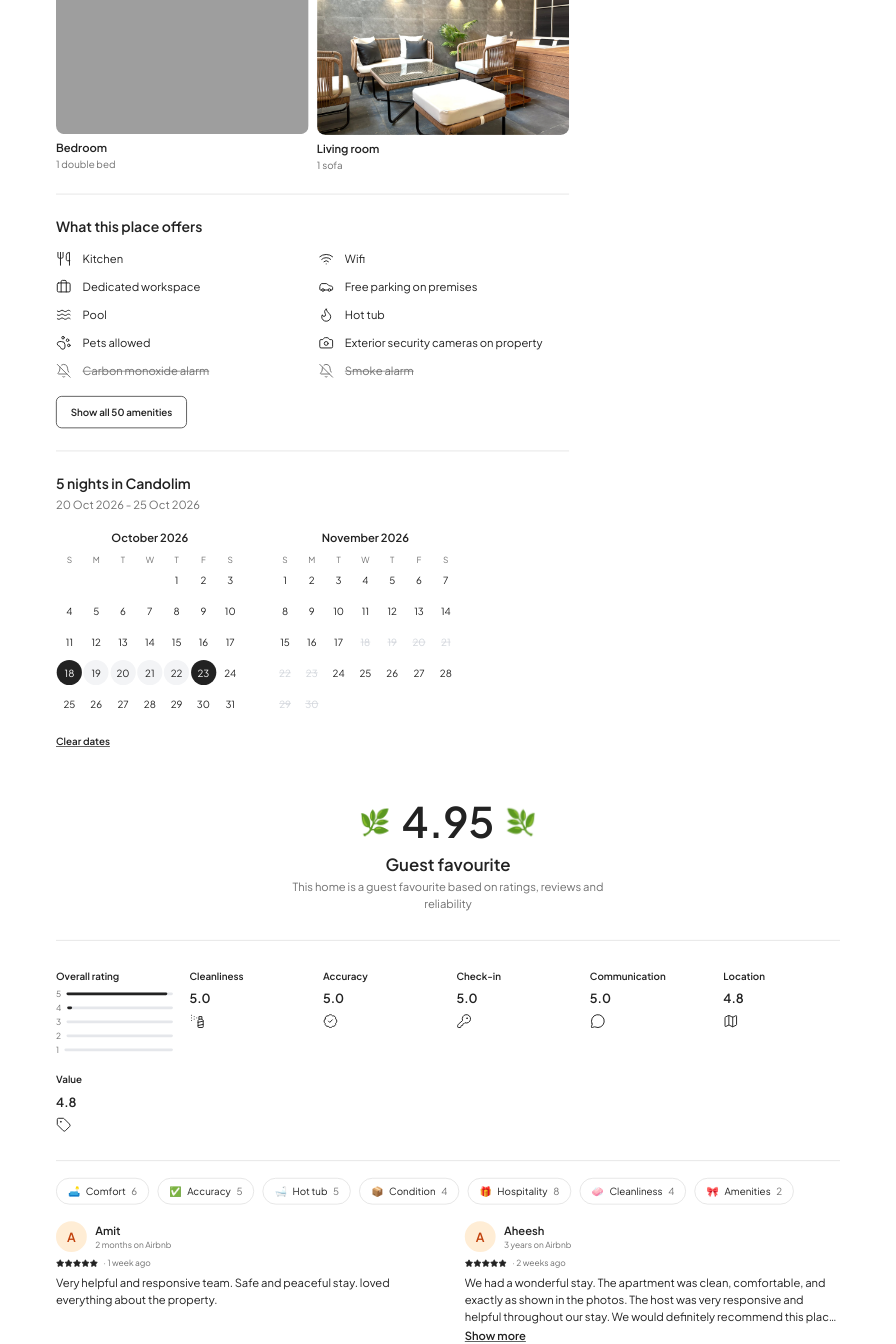
Repository: RushilGosain/airbnb-clone
Page: /
An editor plug-in stored every save of this project. The page is shown before and after the next save, followed by the edit.
The browser window is 1280 px wide. The pictures show the part of the page from y = 1594 to 3514 px (the page is 6267 px tall), at 70% of full size.
Pictures or frames that could not be fetched are drawn as grey boxes. The project was rebuilt for these pictures with package versions that can differ from the ones it lists, and the page was loaded fresh each time. Also part of the build but not shown: vite.config.js, src/components/Lightbox.jsx, src/components/AmenitiesModal.jsx, src/components/PhotoTourPage.jsx.

Above is the page before, as saved 2026-09-19 13:47:43.

### index.html
<!doctype html>
<html lang="en">
  <head>
    <meta charset="UTF-8" />
    <link rel="icon" type="image/svg+xml" href="/house.svg" />
    <meta name="viewport" content="width=device-width, initial-scale=1.0" />
    <meta name="description" content="Romantic Jacuzzi 1BHK Candolim | Mirashya UG10 — Airbnb listing clone" />
    <link rel="preconnect" href="https://fonts.googleapis.com" />
    <link rel="preconnect" href="https://fonts.gstatic.com" crossorigin />
    <link
      href="https://fonts.googleapis.com/css2?family=Plus+Jakarta+Sans:wght@400;500;600;700;800&display=swap"
      rel="stylesheet"
    />
    <title>Romantic Jacuzzi 1BHK Candolim | Mirashya UG10 · Airbnb Clone</title>
  </head>
  <body>
    <div id="root"></div>
    <script type="module" src="/src/main.jsx"></script>
  </body>
</html>

### src/index.css
@tailwind base;
@tailwind components;
@tailwind utilities;

* {
  box-sizing: border-box;
}

html,
body {
  margin: 0;
  padding: 0;
}

body {
  font-family: "Plus Jakarta Sans", -apple-system, BlinkMacSystemFont, "Segoe UI", Roboto,
    "Helvetica Neue", sans-serif;
  color: #222222;
  -webkit-font-smoothing: antialiased;
  -moz-osx-font-smoothing: grayscale;
}

#root {
  min-height: 100vh;
}

/* Custom focus ring, kept visible for accessibility */
a:focus-visible,
button:focus-visible,
[tabindex]:focus-visible {
  outline: 2px solid #222222;
  outline-offset: 2px;
  border-radius: 6px;
}

::-webkit-scrollbar {
  width: 10px;
  height: 10px;
}
::-webkit-scrollbar-track {
  background: transparent;
}
::-webkit-scrollbar-thumb {
  background: rgba(0, 0, 0, 0.25);
  border-radius: 999px;
}

.no-scrollbar::-webkit-scrollbar {
  display: none;
}
.no-scrollbar {
  -ms-overflow-style: none;
  scrollbar-width: none;
}

@media (prefers-reduced-motion: reduce) {
  *,
  *::before,
  *::after {
    animation-duration: 0.01ms !important;
    animation-iteration-count: 1 !important;
    transition-duration: 0.01ms !important;
    scroll-behavior: auto !important;
  }
}

### src/App.jsx
import { useEffect } from "react";
import { BrowserRouter, Routes, Route, useLocation } from "react-router-dom";
import { LightboxProvider } from "./context/LightboxContext";
import Lightbox from "./components/Lightbox";
import ListingPage from "./pages/ListingPage";
import PhotoTourPage from "./components/PhotoTourPage";

function ScrollToTopOnNavigate() {
  // react-router keeps scroll position by default; reset it on route change
  // so the photo tour page and the listing page each open at the top.
  const { pathname } = useLocation();
  useEffect(() => {
    window.scrollTo(0, 0);
  }, [pathname]);
  return null;
}

export default function App() {
  return (
    <LightboxProvider>
      <BrowserRouter>
        <ScrollToTopOnNavigate />
        <Routes>
          <Route path="/" element={<ListingPage />} />
          <Route path="/photos" element={<PhotoTourPage />} />
        </Routes>
        <Lightbox />
      </BrowserRouter>
    </LightboxProvider>
  );
}

### src/context/LightboxContext.jsx
import { createContext, useCallback, useContext, useMemo, useState } from "react";

const LightboxContext = createContext(null);

export function LightboxProvider({ children }) {
  const [photos, setPhotos] = useState([]);
  const [index, setIndex] = useState(0);
  const [isOpen, setIsOpen] = useState(false);

  const open = useCallback((photoList, startIndex = 0) => {
    setPhotos(photoList);
    setIndex(startIndex);
    setIsOpen(true);
  }, []);

  const close = useCallback(() => setIsOpen(false), []);

  const next = useCallback(() => {
    setIndex((i) => (photos.length ? (i + 1) % photos.length : 0));
  }, [photos.length]);

  const prev = useCallback(() => {
    setIndex((i) => (photos.length ? (i - 1 + photos.length) % photos.length : 0));
  }, [photos.length]);

  const value = useMemo(
    () => ({ photos, index, isOpen, open, close, next, prev }),
    [photos, index, isOpen, open, close, next, prev]
  );

  return <LightboxContext.Provider value={value}>{children}</LightboxContext.Provider>;
}

export function useLightbox() {
  const ctx = useContext(LightboxContext);
  if (!ctx) throw new Error("useLightbox must be used within LightboxProvider");
  return ctx;
}

### src/pages/ListingPage.jsx
import TopNav from "../components/TopNav";
import StickyBar from "../components/StickyBar";
import Gallery from "../components/Gallery";
import PropertyHeader from "../components/PropertyHeader";
import AmenitiesSection from "../components/AmenitiesSection";
import BookingCard, { DateRangePicker } from "../components/BookingCard";
import ReviewsSection from "../components/ReviewsSection";
import ThingsToKnow from "../components/ThingsToKnow";
import NearbyStays from "../components/NearbyStays";
import LocationSection from "../components/LocationSection";

export default function ListingPage() {
  function scrollToBooking() {
    document.getElementById("booking-card")?.scrollIntoView({ behavior: "smooth", block: "center" });
  }

  return (
    <div className="min-h-screen bg-white">
      <TopNav />
      <StickyBar onReserve={scrollToBooking} />

      <Gallery />

      <div id="amenities" className="mx-auto max-w-content px-6 pt-8 lg:px-20">
        <div className="grid grid-cols-1 gap-10 lg:grid-cols-3">
          <div className="lg:col-span-2">
            <PropertyHeader />
            <AmenitiesSection />
          </div>
          <BookingCard id="booking-card" />
        </div>
      </div>

      <DateRangePicker />
      <ReviewsSection />
      <ThingsToKnow />
      <NearbyStays />
      <LocationSection />


    </div>
  );
}

### src/components/TopNav.jsx
import { Menu, Search, CircleUser, Globe } from "lucide-react";

export default function TopNav() {
  return (
    <header className="border-b border-line bg-white">
      <div className="mx-auto flex max-w-content items-center justify-between gap-4 px-6 py-4 lg:px-20">
        <a href="/" className="flex items-center gap-2 text-brand" aria-label="Airbnb home">
          <svg viewBox="0 0 32 32" width="32" height="32" fill="currentColor" aria-hidden="true">
            <path d="M16 1c2 0 3.6 1 4.8 2.9 1 1.7 5.8 10 7.4 13.9.7 1.7 1 3 1 4.2 0 4.3-3.3 7.6-7.5 7.6-2.4 0-4.7-1.4-6.3-3.6l-.4-.6-.4.6c-1.6 2.2-3.9 3.6-6.3 3.6C4.3 29.6 1 26.3 1 22c0-1.2.3-2.5 1-4.2 1.6-3.9 6.4-12.2 7.4-13.9C10.4 2 12 1 14 1h2zm-2.6 22.4c1.2 1.6 2.7 2.5 4.2 2.5 2.5 0 4.5-2 4.5-4.6 0-.5-.1-1-.4-1.8-.5-1.3-2.1-4.3-3.7-7.1-1.6 2.8-3.2 5.8-3.7 7.1-.3.8-.4 1.3-.4 1.8 0 .8.2 1.5.5 2.1v-.1z" />
          </svg>
          <span className="hidden text-xl font-extrabold tracking-tight sm:block">Airbnb</span>
        </a>

        <button className="flex items-center gap-3 rounded-full border border-line py-2 pl-5 pr-2 text-sm font-medium shadow-sm transition hover:shadow-md">
          <span>Anywhere</span>
          <span className="hidden h-4 w-px bg-line sm:block" />
          <span className="hidden sm:block">Anytime</span>
          <span className="hidden h-4 w-px bg-line sm:block" />
          <span className="hidden text-subtle sm:block">Add guests</span>
          <span className="flex h-8 w-8 items-center justify-center rounded-full bg-brand text-white">
            <Search size={15} />
          </span>
        </button>

        <div className="flex items-center gap-3">
          <a href="#" className="hidden rounded-full px-4 py-2.5 text-sm font-semibold hover:bg-black/5 md:block">
            Become a host
          </a>
          <button
            aria-label="Menu"
            className="flex items-center gap-2 rounded-full border border-line py-2 pl-3 pr-2 shadow-sm hover:shadow-md"
          >
            <Menu size={16} />
            <CircleUser size={26} className="text-subtle" />
          </button>
        </div>
      </div>
    </header>
  );
}

### src/components/Gallery.jsx
import { useNavigate } from "react-router-dom";
import { Share, Heart, Grid3x3 } from "lucide-react";
import { heroImages, listing, allPhotos } from "../data/listing";
import { useLightbox } from "../context/LightboxContext";

export default function Gallery() {
  const navigate = useNavigate();
  const { open } = useLightbox();

  function openLightboxAt(src) {
    const idx = allPhotos.findIndex((p) => p.src === src);
    open(allPhotos, idx === -1 ? 0 : idx);
  }

  return (
    <section id="photos" className="mx-auto max-w-content px-6 pt-6 lg:px-20">
      <div className="mb-4 flex items-start justify-between gap-4">
        <h1 className="text-2xl font-semibold sm:text-3xl">{listing.title}</h1>
        <div className="flex flex-shrink-0 items-center gap-1">
          <button className="flex items-center gap-2 rounded-lg px-3 py-2 text-sm font-semibold underline hover:bg-black/5">
            <Share size={16} /> Share
          </button>
          <button className="flex items-center gap-2 rounded-lg px-3 py-2 text-sm font-semibold underline hover:bg-black/5">
            <Heart size={16} /> Save
          </button>
        </div>
      </div>

      <div className="relative grid grid-cols-4 grid-rows-2 gap-2 overflow-hidden rounded-xl">
        <button
          onClick={() => openLightboxAt(heroImages[0])}
          className="col-span-4 row-span-2 aspect-[4/3] overflow-hidden sm:col-span-2"
        >
          <img
            src={heroImages[0]}
            alt="Living room"
            className="h-full w-full object-cover transition duration-300 hover:brightness-90"
          />
        </button>
        {heroImages.slice(1, 5).map((src, i) => (
          <button
            key={src}
            onClick={() => openLightboxAt(src)}
            className={`hidden aspect-square overflow-hidden sm:block ${i === 3 ? "relative" : ""}`}
          >
            <img
              src={src}
              alt="Listing detail"
              className="h-full w-full object-cover transition duration-300 hover:brightness-90"
            />
          </button>
        ))}

        <button
          onClick={() => navigate("/photos")}
          className="absolute bottom-4 right-4 flex items-center gap-2 rounded-lg bg-white px-4 py-2 text-sm font-semibold shadow-card transition hover:bg-gray-50"
        >
          <Grid3x3 size={16} />
          Show all photos
        </button>
      </div>
    </section>
  );
}

### src/components/BookingCard.jsx
import { useState } from "react";
import { ChevronDown, Flag } from "lucide-react";
import { listing } from "../data/listing";
import { PromoBanner } from "./AmenitiesSection";

const MONTH_NAMES = [
  "January", "February", "March", "April", "May", "June",
  "July", "August", "September", "October", "November", "December",
];

function buildMonth(year, month) {
  const first = new Date(year, month, 1);
  const startDay = first.getDay();
  const daysInMonth = new Date(year, month + 1, 0).getDate();
  const cells = Array(startDay).fill(null);
  for (let d = 1; d <= daysInMonth; d++) cells.push(d);
  return cells;
}

// Booked date is 10/18/2026 - 10/23/2026 per the reference; a couple of
// unrelated dates in November are shown greyed out to mirror the screenshot.
const SELECTED_START = 18;
const SELECTED_END = 23;
const UNAVAILABLE_NOV = [18, 19, 20, 21, 22, 23, 29, 30];

function MonthGrid({ year, month, highlight }) {
  const cells = buildMonth(year, month);
  const isOct2026 = year === 2026 && month === 9;
  const isNov2026 = year === 2026 && month === 10;

  return (
    <div>
      <p className="mb-3 text-center font-semibold">
        {MONTH_NAMES[month]} {year}
      </p>
      <div className="grid grid-cols-7 gap-y-1 text-center text-xs text-subtle">
        {["S", "M", "T", "W", "T", "F", "S"].map((d, i) => (
          <div key={i}>{d}</div>
        ))}
      </div>
      <div className="grid grid-cols-7 gap-y-1 text-center text-sm">
        {cells.map((day, i) => {
          if (!day) return <div key={i} />;
          const selected = isOct2026 && (day === SELECTED_START || day === SELECTED_END);
          const inRange = isOct2026 && day > SELECTED_START && day < SELECTED_END;
          const disabled = isNov2026 && UNAVAILABLE_NOV.includes(day);
          return (
            <div key={i} className="flex items-center justify-center py-0.5">
              <button
                disabled={disabled}
                className={[
                  "flex h-9 w-9 items-center justify-center rounded-full transition",
                  selected ? "bg-ink text-white" : "",
                  inRange ? "bg-gray-100" : "",
                  disabled ? "text-gray-300 line-through" : "hover:border hover:border-ink",
                ].join(" ")}
              >
                {day}
              </button>
            </div>
          );
        })}
      </div>
    </div>
  );
}

export function DateRangePicker() {
  return (
    <section className="mx-auto max-w-content px-6 py-8 lg:px-20">
      <h2 className="mb-1 text-xl font-semibold">
        {listing.price.nights} nights in Candolim
      </h2>
      <p className="mb-6 text-subtle">
        {listing.dates.checkInLabel} - {listing.dates.checkOutLabel}
      </p>
      <div className="grid grid-cols-1 gap-10 sm:grid-cols-2 sm:max-w-xl">
        <MonthGrid year={2026} month={9} />
        <MonthGrid year={2026} month={10} />
      </div>
      <button className="mt-6 text-sm font-semibold underline">Clear dates</button>
    </section>
  );
}

export default function BookingCard({ id }) {
  const [guests, setGuests] = useState(listing.guestsSelected);

  return (
    <aside id={id} className="lg:sticky lg:top-24">
      <PromoBanner />
      <div className="rounded-xl border border-line p-6 shadow-card">
        <div className="mb-4 flex items-baseline gap-1">
          <span className="text-xl font-semibold">
            {listing.price.currency}
            {listing.price.amount.toLocaleString("en-IN")}
          </span>
          <span className="text-subtle">for {listing.price.nights} nights</span>
        </div>

        <div className="mb-4 overflow-hidden rounded-lg border border-line">
          <div className="grid grid-cols-2">
            <div className="border-b border-r border-line p-3">
              <p className="text-[10px] font-semibold uppercase tracking-wide">Check-in</p>
              <p className="text-sm">{listing.dates.checkIn}</p>
            </div>
            <div className="border-b border-line p-3">
              <p className="text-[10px] font-semibold uppercase tracking-wide">Checkout</p>
              <p className="text-sm">{listing.dates.checkOut}</p>
            </div>
          </div>
          <button
            onClick={() => setGuests((g) => (g >= listing.guests ? 1 : g + 1))}
            className="flex w-full items-center justify-between p-3 text-left"
          >
            <div>
              <p className="text-[10px] font-semibold uppercase tracking-wide">Guests</p>
              <p className="text-sm">
                {guests} guest{guests > 1 ? "s" : ""}
              </p>
            </div>
            <ChevronDown size={16} />
          </button>
        </div>

        <div className="mb-4 rounded-lg bg-gray-100 px-3 py-2 text-center text-sm text-subtle">
          Free cancellation before <span className="font-semibold text-ink">{listing.dates.freeCancellationBefore}</span>
        </div>

        <button className="w-full rounded-lg bg-brand py-3.5 text-center font-semibold text-white transition hover:bg-brand-hover">
          Reserve
        </button>
        <p className="mt-3 text-center text-sm text-subtle">You won't be charged yet</p>
      </div>

      <button className="mt-4 flex items-center gap-2 text-sm font-semibold underline">
        <Flag size={14} />
        Report this listing
      </button>
    </aside>
  );
}

### src/components/ThingsToKnow.jsx
import { Icon } from "./icons";
import { listing } from "../data/listing";

export default function ThingsToKnow() {
  return (
    <section className="mx-auto max-w-content border-t border-line px-6 py-10 lg:px-20">
      <h2 className="mb-6 text-2xl font-semibold">Things to know</h2>
      <div className="grid grid-cols-1 gap-10 sm:grid-cols-3">
        {listing.thingsToKnow.map((block) => (
          <div key={block.title}>
            <Icon name={block.icon} size={26} strokeWidth={1.5} className="mb-4" />
            <h3 className="mb-3 font-semibold">{block.title}</h3>
            <div className="space-y-1 text-sm text-ink">
              {block.lines.map((line, i) => (
                <p key={i}>{line}</p>
              ))}
            </div>
            <a href="#" className="mt-3 inline-block text-sm font-semibold underline">
              {block.linkLabel}
            </a>
          </div>
        ))}
      </div>
    </section>
  );
}

### src/components/NearbyStays.jsx
import { useRef } from "react";
import { ChevronLeft, ChevronRight, Star } from "lucide-react";
import { listing } from "../data/listing";

export default function NearbyStays() {
  const trackRef = useRef(null);

  function scrollByCard(dir) {
    trackRef.current?.scrollBy({ left: dir * 300, behavior: "smooth" });
  }

  return (
    <section className="mx-auto max-w-content border-t border-line px-6 py-10 lg:px-20">
      <div className="mb-6 flex items-center justify-between">
        <h2 className="text-2xl font-semibold">More stays nearby</h2>
        <div className="flex items-center gap-2">
          <span className="mr-2 text-sm text-subtle">1 / 2</span>
          <button
            onClick={() => scrollByCard(-1)}
            aria-label="Scroll left"
            className="flex h-9 w-9 items-center justify-center rounded-full border border-line hover:bg-black/5"
          >
            <ChevronLeft size={16} />
          </button>
          <button
            onClick={() => scrollByCard(1)}
            aria-label="Scroll right"
            className="flex h-9 w-9 items-center justify-center rounded-full border border-line hover:bg-black/5"
          >
            <ChevronRight size={16} />
          </button>
        </div>
      </div>

      <div ref={trackRef} className="no-scrollbar flex gap-4 overflow-x-auto scroll-smooth">
        {listing.nearbyStays.map((stay) => (
          <a
            key={stay.title}
            href="#"
            className="w-48 flex-shrink-0 sm:w-56"
          >
            <div className="mb-2 aspect-square overflow-hidden rounded-xl">
              <img
                src={stay.image}
                alt={stay.title}
                className="h-full w-full object-cover transition hover:brightness-90"
              />
            </div>
            <p className="line-clamp-2 text-sm font-medium">{stay.title}</p>
            <div className="mt-1 flex items-center justify-between text-sm">
              <span>
                {listing.price.currency}
                {stay.price.toLocaleString("en-IN")}
              </span>
              <span className="flex items-center gap-1">
                <Star size={12} className="fill-ink text-ink" />
                {stay.rating.toFixed(2)}
              </span>
            </div>
          </a>
        ))}
      </div>
    </section>
  );
}

### src/components/icons.jsx
import {
  Utensils,
  Wifi,
  Briefcase,
  Car,
  Waves,
  Flame,
  PawPrint,
  Camera,
  BellOff,
  Dumbbell,
  SprayCan,
  CalendarDays,
  DoorOpen,
  CalendarX,
  KeyRound,
  Shield,
  BadgeCheck,
  MessageCircle,
  Map,
  Tag,
  Droplets,
  ShowerHead,
  WashingMachine,
  Shirt,
  Bed,
  Blinds,
  Archive,
  Baby,
  Tv,
  AirVent,
  Fan,
  Cctv,
  Laptop,
  CookingPot,
  Refrigerator,
  Microwave,
  Coffee,
  Wine,
  Blender,
  Sun,
} from "lucide-react";

export const ICONS = {
  // Existing icons
  utensils: Utensils,
  wifi: Wifi,
  briefcase: Briefcase,
  car: Car,
  waves: Waves,
  flame: Flame,
  "paw-print": PawPrint,
  camera: Camera,
  "alarm-smoke": BellOff,
  dumbbell: Dumbbell,
  "spray-can": SprayCan,
  "calendar-days": CalendarDays,
  "door-open": DoorOpen,
  "calendar-x": CalendarX,
  "key-round": KeyRound,
  shield: Shield,
  "badge-check": BadgeCheck,
  "message-circle": MessageCircle,
  map: Map,
  tag: Tag,

  // Bathroom
  droplets: Droplets,
  "shower-head": ShowerHead,

  // Bedroom and laundry
  "washing-machine": WashingMachine,
  shirt: Shirt,
  bed: Bed,
  blinds: Blinds,
  archive: Archive,
  baby: Baby,

  // Entertainment
  tv: Tv,

  // Heating and cooling
  "air-vent": AirVent,
  fan: Fan,

  // Home safety
  cctv: Cctv,

  // Internet and office
  laptop: Laptop,

  // Kitchen and dining
  "cooking-pot": CookingPot,
  refrigerator: Refrigerator,
  microwave: Microwave,
  coffee: Coffee,
  wine: Wine,
  blender: Blender,

  // Outdoor
  sun: Sun,
};

export function Icon({ name, ...props }) {
  const Cmp = ICONS[name] || Tag;

  return <Cmp {...props} />;
}

Loaded but not shown: src/main.jsx (common file); src/data/listing.js (446 lines, source omitted); tailwind.config.js (57 lines, source omitted); src/components/LocationSection.jsx (147 lines, source omitted); src/components/ReviewsSection.jsx (122 lines, source omitted); src/components/PropertyHeader.jsx (84 lines, source omitted); src/components/StickyBar.jsx (85 lines, source omitted); src/components/AmenitiesSection.jsx (83 lines, source omitted)

After the next save:
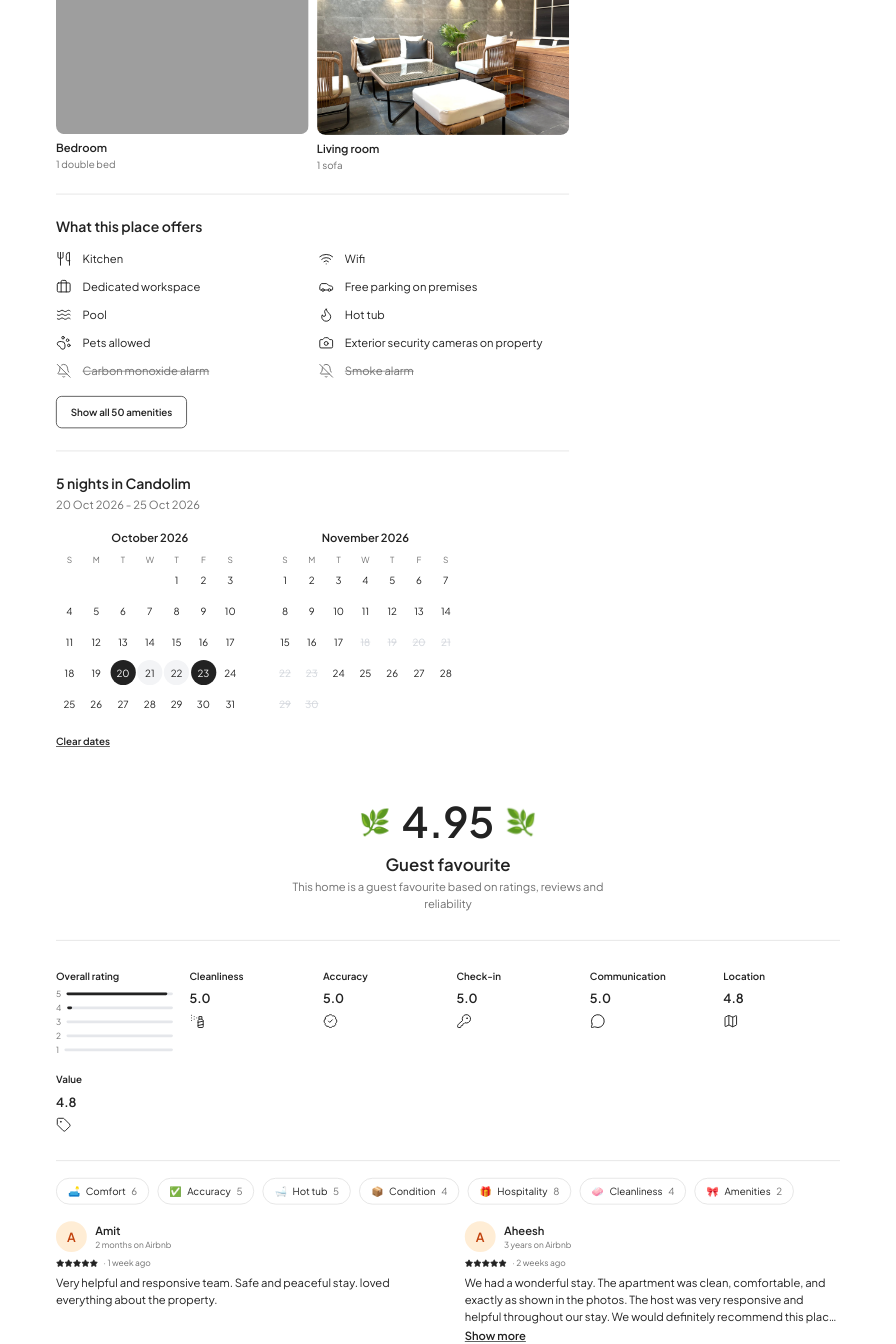
Saved 63 s later.
--- a/src/components/BookingCard.jsx
+++ b/src/components/BookingCard.jsx
@@ -19,7 +19,7 @@
 
 // Booked date is 10/18/2026 - 10/23/2026 per the reference; a couple of
 // unrelated dates in November are shown greyed out to mirror the screenshot.
-const SELECTED_START = 18;
+const SELECTED_START = 20;
 const SELECTED_END = 23;
 const UNAVAILABLE_NOV = [18, 19, 20, 21, 22, 23, 29, 30];
 
